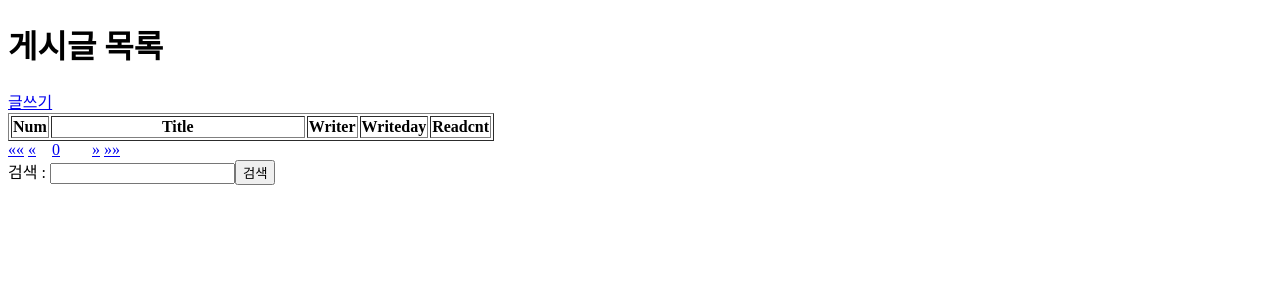
Repository: sanghshlsh/workspace_jsp
Page: http://localhost/Board3/list.jsp
An editor plug-in stored every save of this project. The page is shown before and after the next save, followed by the edit.
The browser window is 1280 px wide. The pictures show the whole page.
The page is served by Tomcat 9. Other server files are loaded and not shown. The template is opened directly, without the code that normally fills it, so the values that code supplies are empty.

Above is the page before, as saved 2020-06-09 03:36:43.

### Board3/WebContent/list.jsp
<%@ page language="java" contentType="text/html; charset=UTF-8"
    pageEncoding="UTF-8"%>
<%@ taglib uri="http://java.sun.com/jsp/jstl/core" prefix="c"%>
<%@ taglib uri="http://java.sun.com/jsp/jstl/fmt" prefix="fmt" %>
<%@ taglib uri="http://java.sun.com/jsp/jstl/functions" prefix="fn" %>

<!DOCTYPE html>
<html>
<head>
<meta charset="UTF-8">
<title>Insert title here</title>
</head>
<body>
<h1>게시글 목록</h1>
<a href="writeui.do">글쓰기</a>


<table border="1">
<thead>
<tr>
<th>Num</th>
<th width="250">Title</th>
<th>Writer</th>
<th>Writeday</th>
<th>Readcnt</th>

</tr>
</thead>
<tbody>
<c:forEach items="${list }" var="dto">
<tr>
<td>${dto.num}</td>
<td>
<c:forEach begin="1" end="${dto.repIndent }">&nbsp;</c:forEach>
<a href="read.do?num=${dto.num}">
${dto.title}</a></td>
<td>${dto.writer}</td>
<td>${dto.writeday}</td>
<td>${dto.readcnt}</td>

</tr>

</c:forEach>



</tbody>
</table>
<a href="list.do?curPage=${to.beginPageNum>10?to.beginPageNum-10:to.beginPageNum }">&laquo;&laquo;</a>
<a href="list.do?curPage=${to.curPage>1?to.curPage-1:to.curPage}">&laquo;</a>
&nbsp;&nbsp;

<c:forEach begin="${to.beginPageNum }" end="${to.stopPageNum }" var="idx">

<c:if test="${to.curPage == idx }">
<a style="font-size: 20px" href="list.do?curPage=${idx }">${idx }</a> &nbsp; &nbsp;
</c:if>

<c:if test="${to.curPage != idx }">
<a href="list.do?curPage=${idx }">${idx }</a> &nbsp; &nbsp;
</c:if>

</c:forEach>
&nbsp;&nbsp;
<a href="list.do?curPage=${to.curPage<to.totalPage?to.curPage+1:to.stopPageNum}">&raquo;</a>
<a href="list.do?curPage=${to.stopPageNum<to.totalPage?to.stopPageNum+1:to.stopPageNum}">&raquo;&raquo;</a>
<form action="search.do?title=">
검색 : <input name="title"><input type="submit" value="검색">
</form>









</body>
</html>

After the next save:
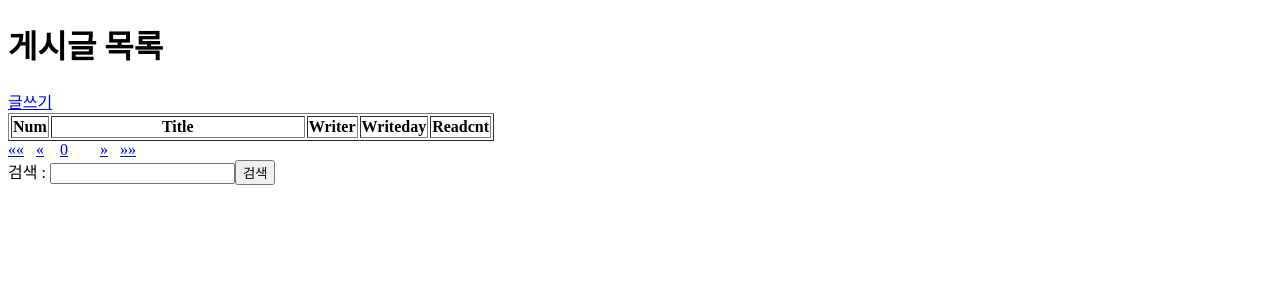
Saved 15 s later.
--- a/Board3/WebContent/list.jsp
+++ b/Board3/WebContent/list.jsp
@@ -47,6 +47,7 @@ ${dto.title}</a></td>
 </tbody>
 </table>
 <a href="list.do?curPage=${to.beginPageNum>10?to.beginPageNum-10:to.beginPageNum }">&laquo;&laquo;</a>
+&nbsp;
 <a href="list.do?curPage=${to.curPage>1?to.curPage-1:to.curPage}">&laquo;</a>
 &nbsp;&nbsp;
 
@@ -63,6 +64,7 @@ ${dto.title}</a></td>
 </c:forEach>
 &nbsp;&nbsp;
 <a href="list.do?curPage=${to.curPage<to.totalPage?to.curPage+1:to.stopPageNum}">&raquo;</a>
+&nbsp;
 <a href="list.do?curPage=${to.stopPageNum<to.totalPage?to.stopPageNum+1:to.stopPageNum}">&raquo;&raquo;</a>
 <form action="search.do?title=">
 검색 : <input name="title"><input type="submit" value="검색">
